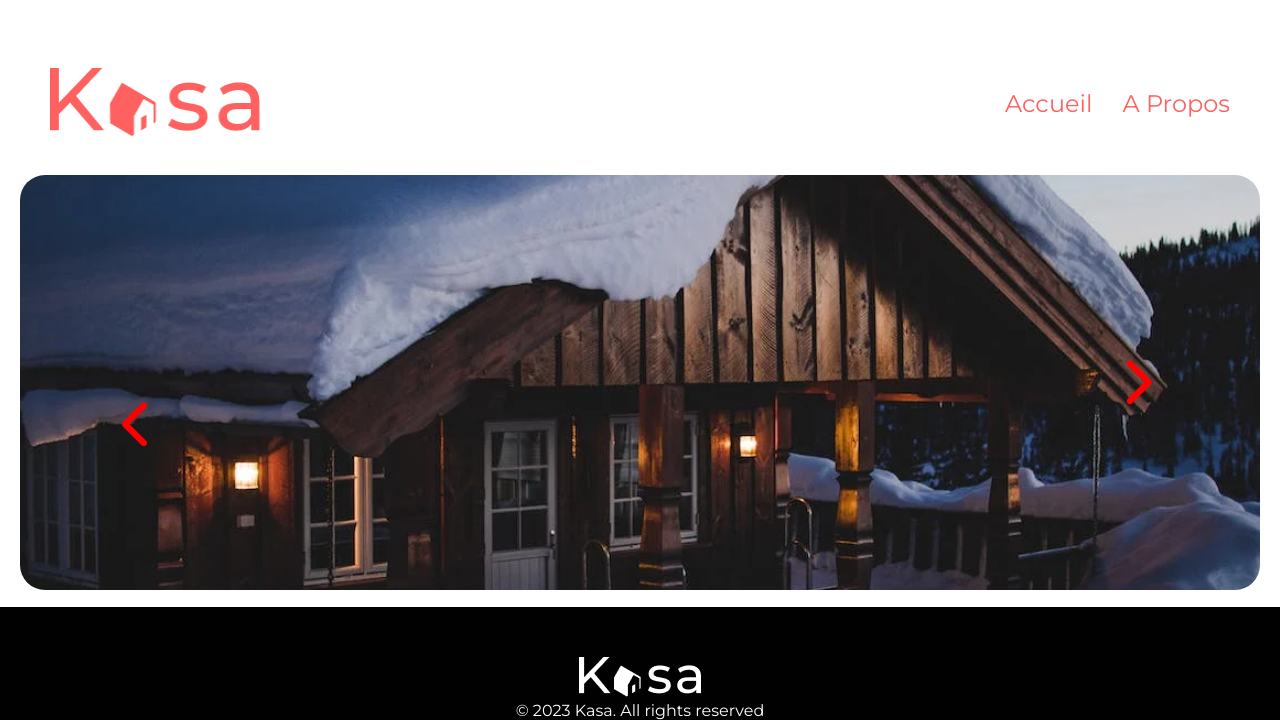
Repository: Ascaris29/Kasa_oc
Page: /essai (app in kasa_project/)
These files come from the project's save history. The page is drawn as it stood at one moment and after the next save; the edit follows.
The browser window is 1280 px wide. The pictures show the whole page.
Some web libraries are served in a nearby version. The project was rebuilt for these pictures with package versions that can differ from the ones it lists, and the page was loaded fresh each time. Also part of the build but not shown: kasa_project/src/pages/homepage/Homepage.module.scss, kasa_project/src/pages/homepage/components/CardLogement.module.scss, kasa_project/src/pages/homepage/components/CardLogement.js, kasa_project/src/pages/homepage/Homepage.js, kasa_project/src/pages/404/404.module.scss, kasa_project/src/pages/404/404.js, kasa_project/src/pages/a_propos/APropos.module.scss, kasa_project/src/pages/a_propos/components/CardDescription.module.scss and 6 more.

Above is the page before, as saved 2023-03-16 16:21:31.

### kasa_project/public/index.html
<!DOCTYPE html>
<html lang="fr">
  <head>
    <meta charset="utf-8" />
    <link rel="icon" href="%PUBLIC_URL%/favicon.ico" />
    <meta name="viewport" content="width=device-width, initial-scale=1" />
    <meta name="theme-color" content="#000000" />
    <meta
      name="description"
      content="Web site created using create-react-app"
    />
    <link rel="apple-touch-icon" href="%PUBLIC_URL%/logo192.png" />
    <!--
      manifest.json provides metadata used when your web app is installed on a
      user's mobile device or desktop. See https://developers.google.com/web/fundamentals/web-app-manifest/
    -->

    <!----------------------------------------------------------- Fonts ----------------------------------------------------------------------->
    <link rel="preconnect" href="https://fonts.googleapis.com">
    <link rel="preconnect" href="https://fonts.gstatic.com" crossorigin>
    <link href="https://fonts.googleapis.com/css2?family=Montserrat:wght@400;500;600&family=Roboto&display=swap" rel="stylesheet">
    <!----------------------------------------------------------- Icons ----------------------------------------------------------------------->
    <script src="https://kit.fontawesome.com/e65359aae8.js" crossorigin="anonymous"></script>
    <!--
      Notice the use of %PUBLIC_URL% in the tags above.
      It will be replaced with the URL of the `public` folder during the build.
      Only files inside the `public` folder can be referenced from the HTML.

      Unlike "/favicon.ico" or "favicon.ico", "%PUBLIC_URL%/favicon.ico" will
      work correctly both with client-side routing and a non-root public URL.
      Learn how to configure a non-root public URL by running `npm run build`.
    -->
    <title>Kasa</title>
  </head>
  <body>
    <noscript>You need to enable JavaScript to run this app.</noscript>
    <div id="root"></div>
    <!--
      This HTML file is a template.
      If you open it directly in the browser, you will see an empty page.

      You can add webfonts, meta tags, or analytics to this file.
      The build step will place the bundled scripts into the <body> tag.

      To begin the development, run `npm start` or `yarn start`.
      To create a production bundle, use `npm run build` or `yarn build`.
    -->
  </body>
</html>

### kasa_project/src/index.js
import React from 'react';
import ReactDOM from 'react-dom/client';
import App from './App';
import reportWebVitals from './reportWebVitals';
import './assets/styles/index.scss';
import { RouterProvider } from 'react-router-dom';
import { router } from "./router";

const root = ReactDOM.createRoot(document.getElementById('root'));
root.render(
  <React.StrictMode>
    <RouterProvider router={router} />
  </React.StrictMode>
);

// If you want to start measuring performance in your app, pass a function
// to log results (for example: reportWebVitals(console.log))
// or send to an analytics endpoint. Learn more: https://bit.ly/CRA-vitals
reportWebVitals();

### kasa_project/src/App.js
import Header from "./components/header/Header";
import Footer from "./components/footer/Footer";
import style from "./App.module.scss";
import Homepage from "./pages/homepage/Homepage";
import { Outlet } from "react-router-dom";

function App() {
  return (
      <div className={`${style.app} d-flex flex-column`}>
        <Header />
          <Outlet />
        <Footer />
      </div>
  );
}

export default App;

### kasa_project/src/assets/styles/index.scss
@use './base';
@use './flex';
@use './mixins';
@use './utils';
@use './variables';

### kasa_project/src/router.js
import { createBrowserRouter } from 'react-router-dom';
import App from './App';
import Error404 from './pages/404/404';
import APropos from './pages/a_propos/APropos';
import Homepage from './pages/homepage/Homepage';
import Caroussel from './pages/logement/components/caroussel/Caroussel';
import FicheLogement from './pages/logement/FicheLogement';


export const router = createBrowserRouter([
    {
        path : "/",
        element : <App />,
        errorElement: <Error404 />,
        children : [
            {
                path : "/",
                element : <Homepage />
            } ,
            {
                path : "/homepage",
                element : <Homepage />
            },
            {
                path: "/apropos",
                element : <APropos />
            },
            {
                path: "/logement/:id",
                element : <FicheLogement />
            },
            {
                path: "/essai",
                element: <Caroussel />
            }
        ],
    }
])

### kasa_project/src/components/header/Header.js
import image from "../../assets/images/logo_header.png";
import style from "./Header.module.scss";
import { Link, NavLink } from "react-router-dom";

export default function Header(){
    return (
        <header className={`${style.header} d-flex justify-between align-center`}>
            <Link className={`${style.headerIcon}`} to="/homepage">
                <img src={image} alt="logo du site Kasa representant une maison"/>
            </Link>
            <div className={`${style.headerNav}`}>
                <ul className="d-flex">
                    <NavLink
                    className={`${style.headerItems} m-r-30`}
                    to="/homepage"
                    end
                    >
                    Accueil
                    </NavLink>
                    <NavLink
                    className={`${style.headerItems}`}
                    to="/apropos"
                    >
                    A Propos
                    </NavLink>
                </ul>
            </div>
        </header>
    )
}

### kasa_project/src/components/footer/Footer.js
import style from "./Footer.module.scss";
import image from "../../assets/images/logo_footer.png";

export default function Footer(){
    return (
        <footer className={`${style.footer} d-flex p-t-50 flex-column justify-center align-center`}>
            <div className={`${style.footerLogo} `}>
                <img src={image} alt="" />
            </div>
            <div className="footerText">
                <p>© 2023 Kasa. All rights reserved</p>
            </div>
        </footer>
    )
}

### kasa_project/src/App.module.scss
.app{
    min-height:100vh;
}

### kasa_project/src/assets/styles/_base.scss

*{
    box-sizing: border-box;
}

body{
    margin:0;
    padding:0;
    font-family: var(--montserrat);

}

p{
    margin:0;
}

li{
    list-style-type: none;

}

.link{
    color:var(--primary);
    font-size:18px;
}

.active{
    text-decoration:underline;
}

### kasa_project/src/assets/styles/_flex.scss
.d-flex{
    display: flex;
}

.flex-column{
    flex-direction : column;
}

.flex-row{
    flex-direction: row;
}

.justify-center{
    justify-content: center;
}

.align-center{
    align-items: center;
}

.flex-fill{
    flex : 1 1 auto;
}

.justify-between{
    justify-content: space-between;
}

### kasa_project/src/assets/styles/_mixins.scss
@mixin xs{
    @media (max-width:576px){
        @content;
    }
}

@mixin sm{
    @media (min-width : 577px) and (max-width : 768px){
        @content;
    }
}

@mixin sm-lt{
    @media (max-width : 768px){
        @content;
    }
}

@mixin md{
    @media (min-width : 769px) and (max-width : 992px){
        @content;
    }
}

@mixin md-lt{
    @media (max-width : 992px){
        @content;
    }
}

@mixin lg{
    @media (min-width : 993px) and (max-width : 1200px){
        @content;
    }
}

@mixin lg-lt{
    @media (max-width : 1200px){
        @content;
    }
}

@mixin xl{
    @media (min-width : 1201px){
        @content;
    }
}

### kasa_project/src/assets/styles/_utils.scss
/*------------------------------------ General ------------------------------*/
.container{
    max-width:1200px;
    margin: auto;
    width:100%;
}
.card{

}
.calc{
    position:fixed;
    top:0;
    left:0;
    width:100%;
    height:100vh;
}

/*------------------------------------ Padding ------------------------------*/
.p-5{
    padding: 5px;
}
.p-10{
    padding:10px;
}
.p-20{
   padding:20px;
}
.p-30{
    padding:30px;
}
.p-40{
    padding:40px;
}
.p-50{
    padding:50px;
}

.p-b-5{
   padding-bottom: 5px;
}
.p-b-10{
   padding-bottom: 10px;
}
.p-b-20{
    padding-bottom: 20px;
}
.p-b-30{
    padding-bottom: 30px;
}
.p-b-40{
    padding-bottom: 40px;
}
.p-b-50{
    padding-bottom: 50px;
}


.p-t-5{
    padding-top: 5px;
}
.p-t-10{
    padding-top: 10px;
}
.p-t-20{
     padding-top: 20px;
}
.p-t-30{
     padding-top: 30px;
}
.p-t-40{
    padding-top: 40px;
}
.p-t-50{
    padding-top: 50px;
}


.p-l-5{
    padding-left: 5px;
}
.p-l-10{
    padding-left: 10px;
}
.p-l-20{
     padding-left: 20px;
}
.p-l-30{
     padding-left: 30px;
}
.p-l-40{
    padding-left: 40px;
}
.p-l-50{
    padding-left: 50px;
}



.p-r-5{
    padding-right: 5px;
}
.p-r-10{
    padding-right: 10px;
}
.p-r-20{
     padding-right: 20px;
}
.p-r-30{
     padding-right: 30px;
}
.p-r-40{
    padding-right: 40px;
}
.p-r-50{
    padding-right: 50px;
}


/*------------------------------------------------ Margin -------------------------------------------*/

.m-auto{
    margin:auto;
}
.m-5{
    margin: 5px;
}
.m-10{
    margin:10px;
}
.m-20{
   margin:20px;
}
.m-30{
    margin:30px;
}
.m-40{
    margin:40px;
}
.m-50{
    margin:50px;
}



.m-b-5{
    margin-bottom: 5px;
}
.m-b-10{
    margin-bottom: 10px;
}
.m-b-20{
    margin-bottom: 20px;
}
.m-b-30{
    margin-bottom: 30px;
}
.m-b-40{
    margin-bottom: 40px;
}
.m-b-50{
    margin-bottom: 50px;
}



.m-t-5{
    margin-top: 5px;
}
.m-t-10{
    margin-top: 10px;
}
.m-t-20{
     margin-top: 20px;
}
.m-t-30{
     margin-top: 30px;
}
.m-t-40{
    margin-top: 40px;
}
.m-t-50{
    margin-top: 50px;
}




.m-l-5{
    margin-left: 5px;
}
.m-l-10{
    margin-left: 10px;
}
.m-l-20{
     margin-left: 20px;
}
.m-l-30{
     margin-left: 30px;
}
.m-l-40{
    margin-left: 40px;
}
.m-l-50{
    margin-left: 50px;
}




.m-r-5{
    margin-right: 5px;
}
.m-r-10{
    margin-right: 10px;
}
.m-r-20{
     margin-right: 20px;
}
.m-r-30{
     margin-right: 30px;
}
.m-r-40{
    margin-right: 40px;
}
.m-r-50{
    margin-right: 50px;
}

### kasa_project/src/assets/styles/_variables.scss

/*----------------------------------------------------------------------------Color-----------------------------------------------------------------*/

:root{
    --primary: #FF6060;
    --grey1:#F6F6F6;
    --grey2: #E3E3E3;
    --grey3:#C4C4C4;
    --black: #010101;
    /*----------------------------------------------------------------------------Font-----------------------------------------------------------------*/
    --montserrat : 'Montserrat', sans-serif;
    --radius:25px;
}

### kasa_project/src/pages/logement/components/caroussel/Caroussel.js
import { useState } from "react";
import style from "./Caroussel.module.scss";

import img1 from "../../../../assets/images/pexels-photo-950058.webp";
import img2 from "../../../../assets/images/pexels-photo-1013427.jpeg";
import img3 from "../../../../assets/images/pexels-photo-1612351.jpeg";

export default function Caroussel(){

    //importer les images de l'api
    const arrayImage = [
        img1,
        img2,
        img3
    ];

    const [index, setIndex] = useState(0);

    //console.log(arrayImage);
    function handleClickCarousselPrev(){
        if(index > 0 && index < arrayImage.length){
            let i = index - 1;
            setIndex(i);
        }else{
            setIndex(arrayImage.length -1);
        }
    }

    function handleClickCarousselAfter(){
        if(index < arrayImage.length){
            let i = index + 1;
            setIndex(i);
        };
    }

    //a voir avec julien
    if(index === arrayImage.length){
        setIndex(0)
    }

    return (
        <div className={`${style.caroussel}`}>
            { arrayImage.map((item, i) => i === index && (
                <img src={item} alt="" className={`${style.carousselImage}`}/>
            )
            )}
            <i className={`${style.chevronLeft} fa-solid fa-chevron-left`} onClick={handleClickCarousselPrev}></i>
            <i className={`${style.chevronRight} fa-solid fa-chevron-right`} onClick={handleClickCarousselAfter}></i>
        </div>
    )



}

### kasa_project/src/components/header/Header.module.scss
@use "../../assets/styles/mixins" as mixin;

.header{
    max-width:1240px;
    margin:auto;
    width:100%;
    padding:50px 30px 0 30px;
    .headerIcon{
        img{
            width:210px;
            height:68px;
            @include mixin.sm-lt{
                width:145px;
                height:47px;
            }
            @include mixin.xs{
                width:99px;
                height:35px;
            }
        }
    }

}
/*sorti de la classe header car sinon je ne peux pas mettre de classe active dessus*/
.headerItems{
    color:var(--primary);
    text-decoration:none;
    cursor:pointer;
    font-size:24px;
    @include mixin.sm-lt{
        font-size:20px;
    }
    @include mixin.xs{
        font-size:15px;
    }
}

### kasa_project/src/components/footer/Footer.module.scss
.footer{
    background-color:var(--black);
    color:white;
    .footerLogo{
        img{
            width:122px;
            height:40px;
        }
    }
}

### kasa_project/src/pages/logement/components/caroussel/Caroussel.module.scss
.caroussel{
    max-width:1240px;
    margin:auto;
    width:100%;
    height:415px;
    position:relative;
    .carousselImage{
        width:100%;
        height:100%;
        object-fit:cover;
        display:block;
        border-radius:var(--radius);
    }
    .chevronRight{
        position:absolute;
        top:50%;
        left:90%;
        font-size:50px;
        color:red;
        transform:translate(-50%, -50%);
    }
    .chevronLeft{
        position:absolute;
        top:60%;
        right:88%;
        font-size:50px;
        color:red;
        transform:translate(-50%, -50%);
    }
}

Loaded but not shown: kasa_project/src/reportWebVitals.js (common file)

After the next save:
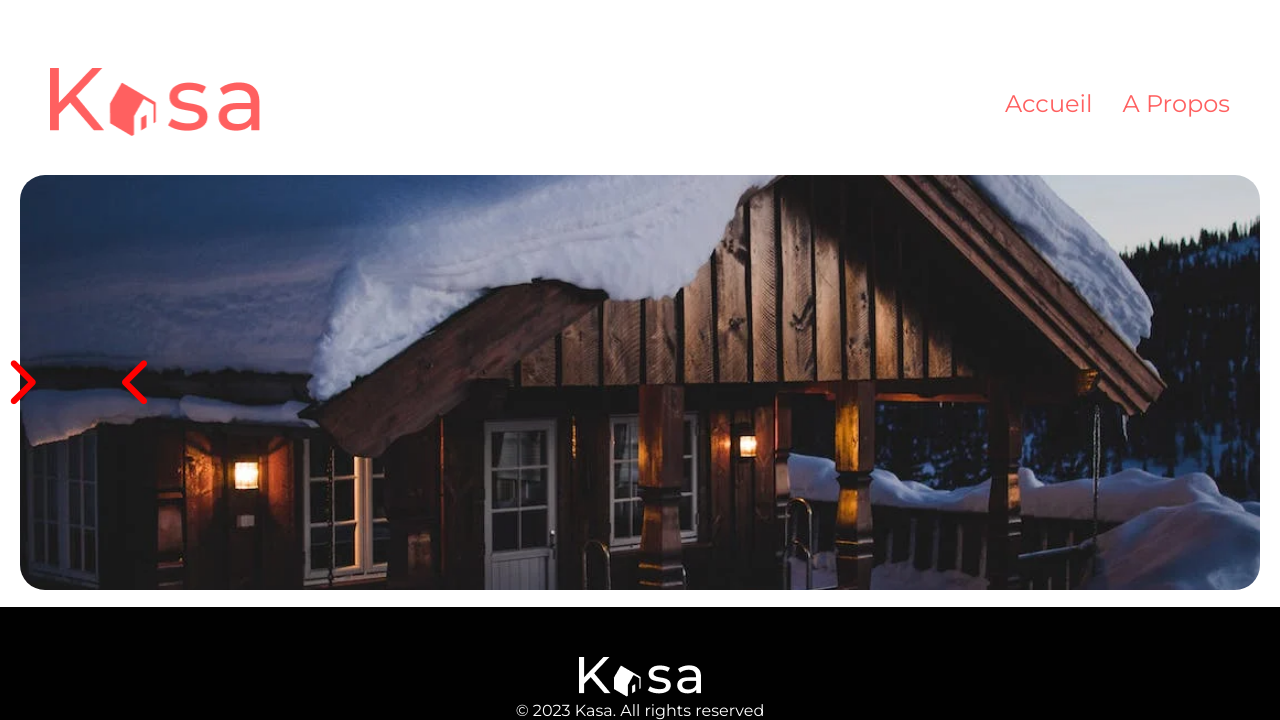
Saved 5 s later.
--- a/kasa_project/src/pages/logement/components/caroussel/Caroussel.module.scss
+++ b/kasa_project/src/pages/logement/components/caroussel/Caroussel.module.scss
@@ -14,14 +14,14 @@
     .chevronRight{
         position:absolute;
         top:50%;
-        left:90%;
+        left:0;
         font-size:50px;
         color:red;
         transform:translate(-50%, -50%);
     }
     .chevronLeft{
         position:absolute;
-        top:60%;
+        top:50%;
         right:88%;
         font-size:50px;
         color:red;
